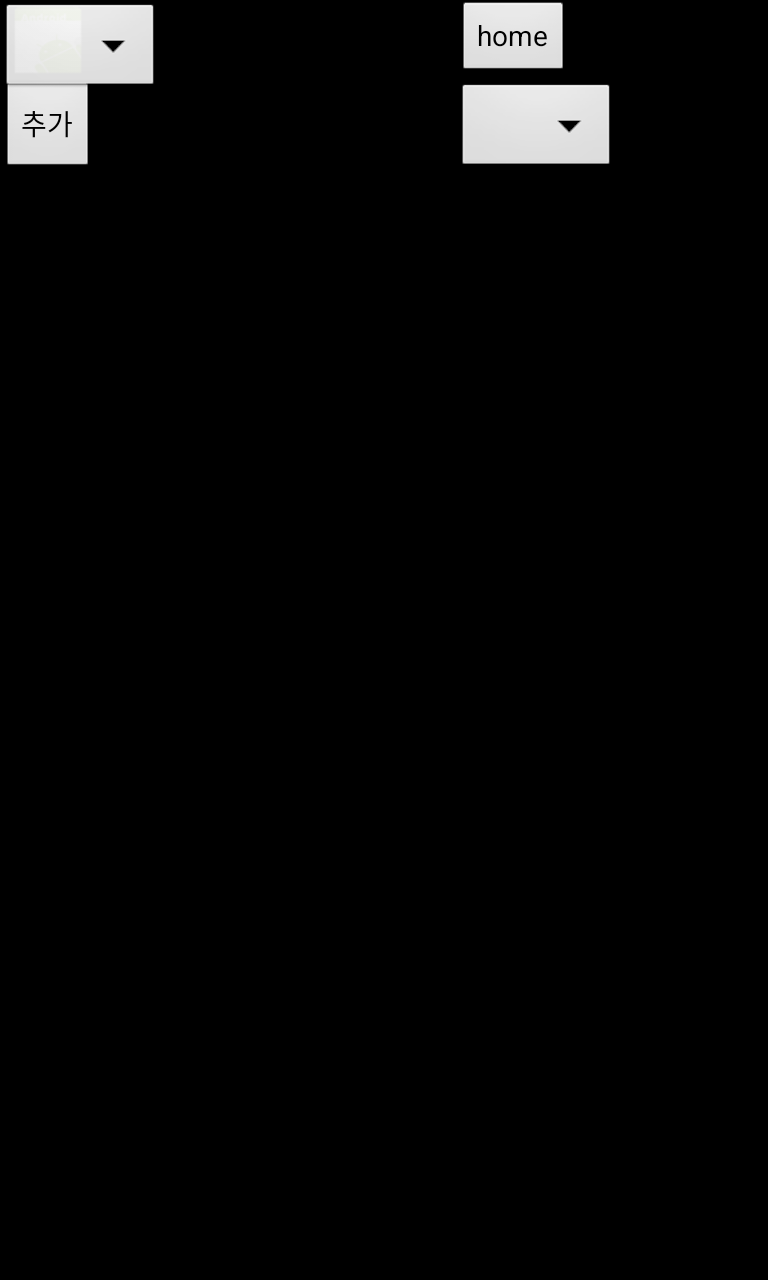
Repository: ET-Bike/E.T-Bike
Layout: Android_Client_ETBike/ETBike/ETBike/res/layout/myprofile.xml
The author's editor kept a copy of each file at every save. The layout is drawn from the files as they stood at one save, then again after the next save.
It is drawn on a 768 x 1280 px phone screen (xhdpi) without system bars, with theme android:Theme.NoTitleBar; the app's code is not run. Lists and similar views that code fills are empty.

Above is the layout before, as saved 2012-11-09 14:53:03.

### Android_Client_ETBike/ETBike/ETBike/res/layout/myprofile.xml
<?xml version="1.0" encoding="utf-8"?>
<FrameLayout xmlns:android="http://schemas.android.com/apk/res/android"
    android:layout_width="match_parent"
    android:layout_height="match_parent"
    android:orientation="vertical" >

    <LinearLayout
        xmlns:android="http://schemas.android.com/apk/res/android"
        android:id="@+id/myBikeListLL"
        android:layout_width="match_parent"
        android:layout_height="match_parent"
        android:orientation="vertical" >

        <LinearLayout
            android:layout_width="fill_parent"
            android:layout_height="40dp"
            android:gravity="left"
            android:orientation="horizontal" >

            <ImageView
                android:layout_width="wrap_content"
                android:layout_height="wrap_content"
                android:background="@drawable/icon" />

            <Button
                android:id="@+id/addBikeBtnMyBikeList"
                android:layout_width="wrap_content"
                android:layout_height="wrap_content"
                android:layout_marginLeft="180dp"
                android:text="home" />
        </LinearLayout>

        <LinearLayout
            xmlns:android="http://schemas.android.com/apk/res/android"
            android:layout_width="match_parent"
            android:layout_height="0px"
            android:layout_weight="1"
            android:orientation="horizontal" >

            <Button
                android:id="@+id/addBtnMyBikeList"
                android:layout_width="wrap_content"
                android:layout_height="wrap_content"
                android:layout_gravity="left"
                android:text="추가" />

            <Spinner
                android:id="@+id/filterSpnnrMyBikeList"
                android:layout_width="wrap_content"
                android:layout_height="wrap_content"
                android:layout_marginLeft="180dp" />
        </LinearLayout>

        <LinearLayout
            xmlns:android="http://schemas.android.com/apk/res/android"
            android:layout_width="match_parent"
            android:layout_height="0px"
            android:layout_weight="9"
            android:orientation="horizontal" >

            <ListView
                android:id="@+id/myBikeLV"
                android:layout_width="fill_parent"
                android:layout_height="fill_parent" >
            </ListView>
        </LinearLayout>
    </LinearLayout>

    <LinearLayout
        xmlns:android="http://schemas.android.com/apk/res/android"
        android:id="@+id/dealListLL"
        android:layout_width="match_parent"
        android:layout_height="match_parent"
        android:orientation="vertical" >

        <LinearLayout
            xmlns:android="http://schemas.android.com/apk/res/android"
            android:layout_width="match_parent"
            android:layout_height="0px"
            android:layout_weight="1"
            android:orientation="horizontal" >

            <Spinner
                android:id="@+id/filterSpnnrDealList"
                android:layout_width="wrap_content"
                android:layout_height="wrap_content"
                android:layout_gravity="right" />
        </LinearLayout>

        <LinearLayout
            xmlns:android="http://schemas.android.com/apk/res/android"
            android:layout_width="match_parent"
            android:layout_height="0px"
            android:layout_weight="9"
            android:orientation="horizontal" >

            <ListView
                android:id="@+id/DealLV"
                android:layout_width="fill_parent"
                android:layout_height="fill_parent" >
            </ListView>
        </LinearLayout>
    </LinearLayout>

    <LinearLayout
        xmlns:android="http://schemas.android.com/apk/res/android"
        android:id="@+id/myJoinListLL"
        android:layout_width="match_parent"
        android:layout_height="match_parent"
        android:orientation="vertical" >

        <ListView
            android:id="@+id/myJoinLV"
            android:layout_width="fill_parent"
            android:layout_height="fill_parent" >
        </ListView>
    </LinearLayout>

</FrameLayout>

After the next save:
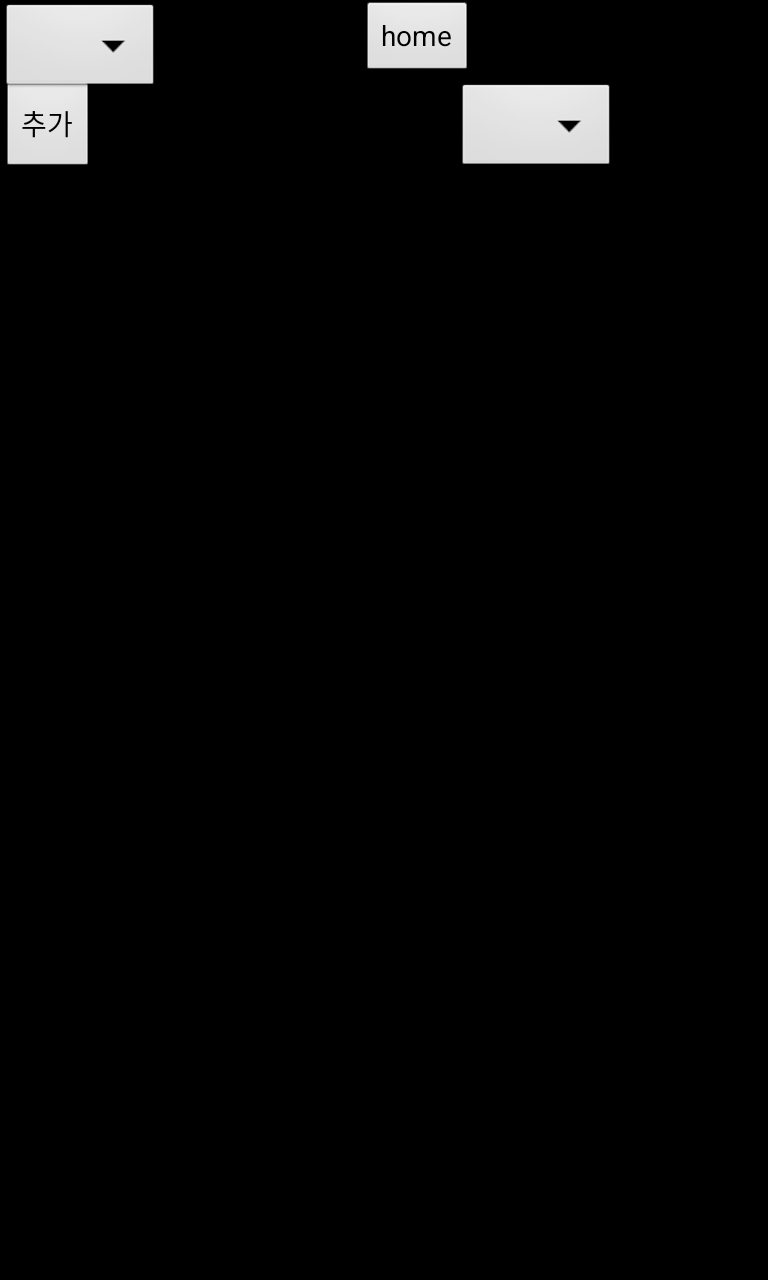
Saved 75 s later.
--- a/Android_Client_ETBike/ETBike/ETBike/res/layout/myprofile.xml
+++ b/Android_Client_ETBike/ETBike/ETBike/res/layout/myprofile.xml
@@ -17,10 +17,7 @@
             android:gravity="left"
             android:orientation="horizontal" >
 
-            <ImageView
-                android:layout_width="wrap_content"
-                android:layout_height="wrap_content"
-                android:background="@drawable/icon" />
+
 
             <Button
                 android:id="@+id/addBikeBtnMyBikeList"
